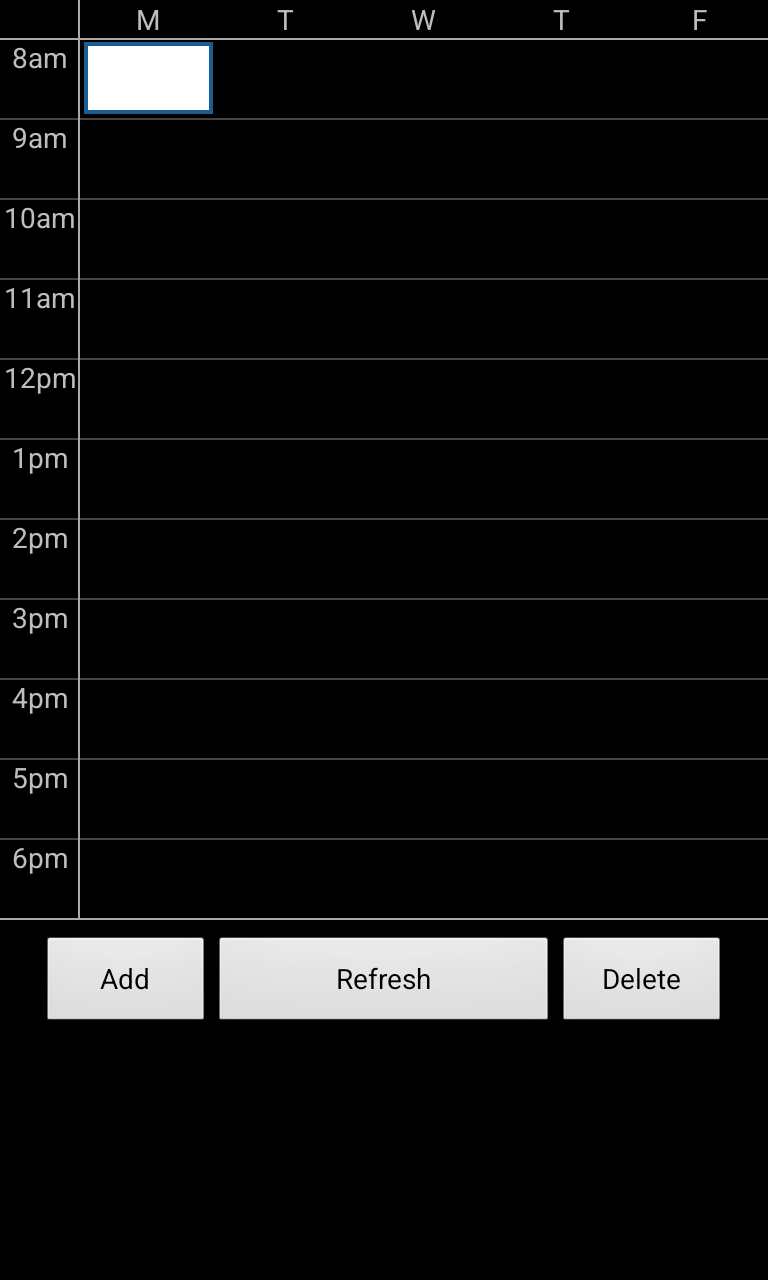
Repository: appsfactory/OfficeHours
Layout: OfficeHoursClient/res/layout/activity_schedule_view.xml
These files come from the project's save history. The layout is drawn as it stood at one moment and after the next save; the edit follows.
It is drawn on a 768 x 1280 px phone screen (xhdpi) without system bars, with theme AppTheme; the app's code is not run.

Above is the layout before, as saved 2012-09-27 17:58:46.

After the next save:
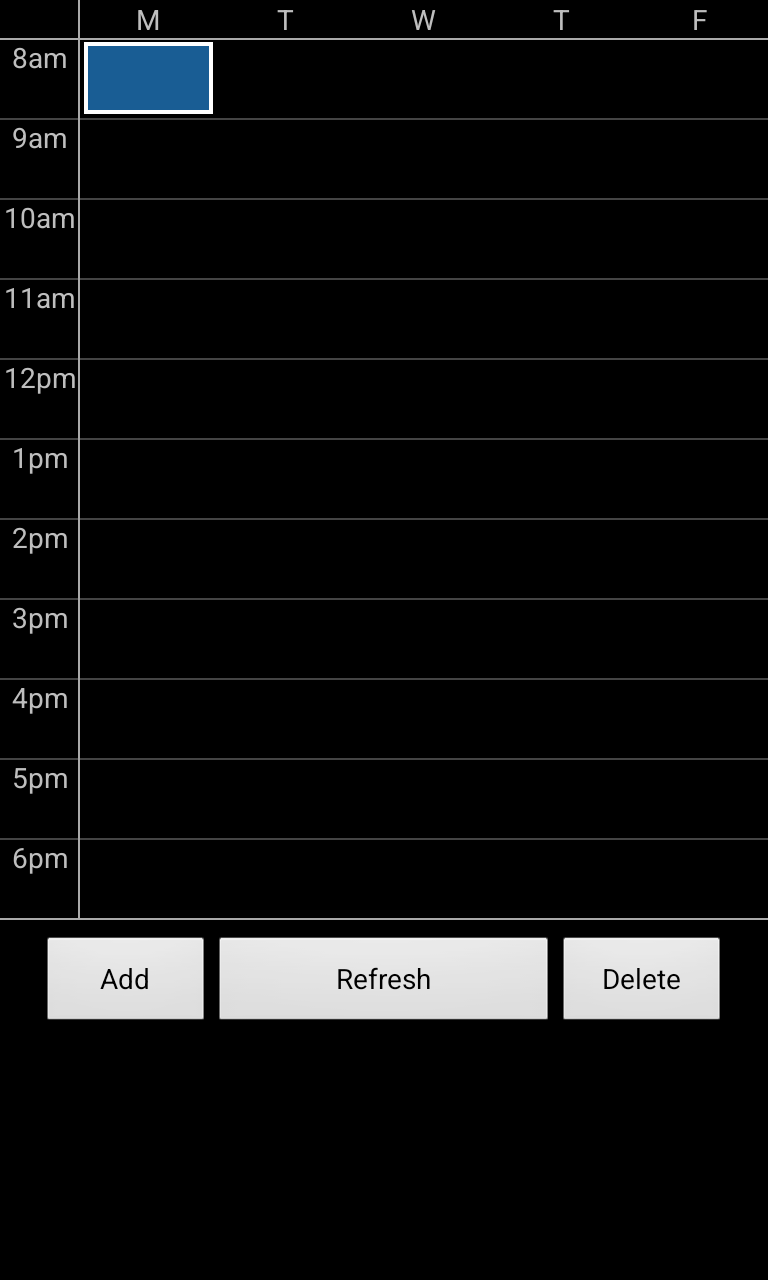
Saved 25 s later.
--- a/OfficeHoursClient/res/layout/activity_schedule_view.xml
+++ b/OfficeHoursClient/res/layout/activity_schedule_view.xml
@@ -237,8 +237,8 @@
                             android:layout_height="match_parent"
                             android:layout_weight="1" >
 
-							<View android:background="#195D94" android:layout_width = "fill_parent" android:layout_height="36dp" android:layout_margin="2dp" />
-							<View android:background="#FFFFFF" android:layout_width = "fill_parent" android:layout_height="32dp" android:layout_margin="4dp" />
+							<View android:background="#FFFFFF" android:layout_width = "fill_parent" android:layout_height="36dp" android:layout_margin="2dp" />
+							<View android:background="#195D94" android:layout_width = "fill_parent" android:layout_height="32dp" android:layout_margin="4dp" />
 
                         </RelativeLayout>
 
